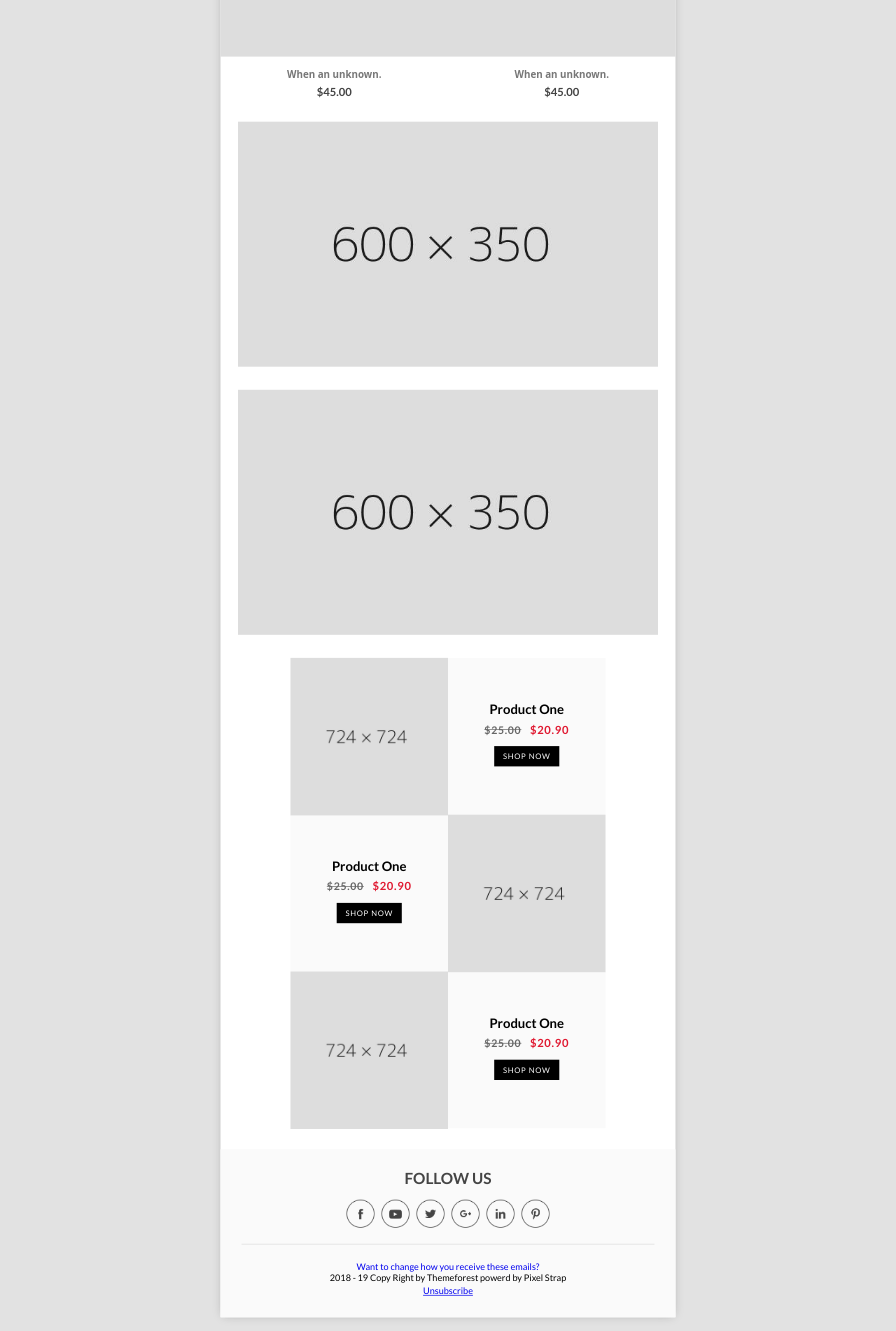
Repository: Idevz-sys/icespice-marketplace-front
Page: email-template/email-template-two.html
The author's editor kept a copy of each file at every save. The page is drawn from the files as they stood at one save, then again after the next save.
The browser window is 1280 px wide. The pictures show the part of the page from y = 847 to 2767 px (the page is 2749 px tall before and 2767 px after), at 70% of full size.

Above is the page before, as saved 2022-04-12 17:06:19.

### email-template/email-template-two.html
<!DOCTYPE html>
<html lang="en">

<head>
    <meta http-equiv="Content-Type" content="text/html; charset=UTF-8">
    <meta http-equiv="X-UA-Compatible" content="IE=edge">
    <meta name="viewport" content="width=device-width, initial-scale=1.0">
    <link rel="icon" href="images/favicon.png" type="image/x-icon">
    <link rel="shortcut icon" href="images/favicon.png" type="image/x-icon">
    <title>Multikart | Email template </title>
    <link href="https://fonts.googleapis.com/css?family=Lato:300,400,700,900" rel="stylesheet">

    <style type="text/css">
        body {
            text-align: center;
            margin: 0 auto;
            width: 650px;
            font-family: 'Lato', sans-serif;
            background-color: #e2e2e2;
            display: block;
        }

        ul {
            margin: 0;
            padding: 0;
        }

        li {
            display: inline-block;
            text-decoration: unset;
        }

        a {
            text-decoration: none;
        }

        h5 {
            margin: 10px;
            color: #777;
        }

        .text-center {
            text-align: center
        }

        .main-bg-light {
            background-color: #fafafa;
        }

        .title {
            color: #444444;
            font-size: 22px;
            font-weight: bold;
            margin-top: 0px;
            margin-bottom: 10px;
            padding-bottom: 0;
            text-transform: uppercase;
            display: inline-block;
            line-height: 1;
        }

        .menu {
            width: 100%;
        }

        .menu li a {
            text-transform: capitalize;
            color: #444;
            font-size: 16px;
            margin-right: 15px
        }

        .main-logo {
            width: 180px;
            padding: 10px 20px;
            margin-bottom: -5px;
        }

        .product-box .product {
            text-align: center;
            position: relative;
        }

        .product-info {
            margin-top: 15px;
        }

        .product-info h6 {
            line-height: 1;
            margin-bottom: 0;
            padding-bottom: 5px;
            font-size: 14px;
            font-family: "Open Sans", sans-serif;
            color: #777;
            margin-top: 0;
        }

        .product-info h4 {
            font-size: 16px;
            color: #444;
            font-weight: 700;
            margin-bottom: 0;
            margin-top: 5px;
            padding-bottom: 5px;
            line-height: 1;
        }

        .footer-social-icon tr td img {
            margin-left: 5px;
            margin-right: 5px;
        }
    </style>
</head>

<body style="margin: 20px auto;">
    <table align="center" border="0" cellpadding="0" cellspacing="0"
        style="background-color: #fff; -webkit-box-shadow: 0px 0px 14px -4px rgba(0, 0, 0, 0.2705882353);box-shadow: 0px 0px 14px -4px rgba(0, 0, 0, 0.2705882353);">
        <tbody>
            <tr>
                <td>
                    <table align="center" border="0" cellpadding="0" cellspacing="0" width="100%">
                        <tr class="header">
                            <td align="left" valign="top">
                                <img src="images/logo.png" class="main-logo">
                            </td>
                            <td class="menu" align="right">
                                <ul>
                                    <li><a href="index.html">Home</a></li>
                                    <li><a href="#">Whishlist</a></li>
                                    <li><a href="#">my cart</a></li>
                                    <li><a href="#">Contact</a></li>
                                </ul>
                            </td>
                        </tr>
                    </table>
                    <table class="slider" align="center" border="0" cellpadding="0" cellspacing="0" width="100%">
                        <tr>
                            <th align="center" width="40%"><img src="images/banner/7.jpg" alt=""
                                    style="margin-bottom: -5px;">
                </td>
                <th width="60%" style="background-color: #11bfff;padding: 30px;">
                    <table align="center" border="0" cellpadding="0" cellspacing="0" width="100%">
                        <tr>
                            <td
                                style="color:#ffffff;font-size: 16px;line-height:20px;text-transform:uppercase;text-align:left;padding-bottom: 5px;">
                                New Color</td>
                        </tr>
                        <tr>
                            <td class="h2-white left pb20"
                                style="color:#ffffff; font-family: 'Roboto', sans-serif; font-size:52px; line-height:58px; text-transform:uppercase; font-weight:bold; text-align:left; padding-bottom:20px;">
                                new <br>season</td>
                        </tr>
                        <tr>
                            <td>
                                <p style="font-size:13px;color:#4e54cb;text-align:left;color:#fff;">We are committed to
                                    your satisfaction with every order.</p>
                            </td>
                        </tr>
                    </table>
                    <table>
                        <tr>
                            <td class="text-button white-button"
                                style="font-size:14px; line-height:18px; text-align:center; text-transform:uppercase; padding:10px; background:#ffffff; color:#f54084; font-weight:bold;">
                                <a href="#" target="_blan" style="color:#4e54cb; text-decoration:none;">
                                    <span style="color:#f1415e; text-decoration:none;">shop now</span>
                                </a>
                            </td>
                        </tr>
                    </table>
                </th>
            </tr>
    </table>
    <table align="center" border="0" cellpadding="0" cellspacing="0" width="100%" style="margin-top:30px;">
        <thead>
            <tr>
                <h4 class="title" style="width: 100%; text-align:center;margin-top: 50px;">trending product</h4>
                <p style="margin:0">GET EVEN 25% OFF DISCOUNT</p>
            </tr>
        </thead>
        <tr>
            <td>
                <div class="product-box hover">
                    <div class="product border-theme br-0">
                        <img src="images/13.jpg" alt="product" style="width: 100%;">
                    </div>
                    <div class="product-info">
                        <a href="#" tabindex="0">
                            <h6>When an unknown.</h6>
                        </a>
                        <h4>$45.00</h4>
                    </div>
                </div>
            </td>
            <td>
                <div class="product-box hover">
                    <div class="product border-theme br-0">
                        <img src="images/14.jpg" alt="product" style="width: 100%;">
                    </div>
                    <div class="product-info">
                        <div class="rating">
                            <i class="fa fa-star"></i>
                            <i class="fa fa-star"></i>
                            <i class="fa fa-star"></i>
                            <i class="fa fa-star"></i>
                            <i class="fa fa-star"></i>
                        </div>
                        <a href="#" tabindex="0">
                            <h6>When an unknown.</h6>
                        </a>
                        <h4>$45.00</h4>
                    </div>
                </div>
            </td>
        </tr>
    </table>

    <table border="0" cellpadding="0" cellspacing="0" align="center" style="margin-top:30px;">
        <tbody>
            <tr align="center" class="add-with-banner">
                <td>
                    <a href="#"><img src="images/banner/1.jpg" alt="product" style="width: 100%;"></a>
                </td>

            </tr>

        </tbody>
    </table>
    <table border="0" cellpadding="0" cellspacing="0" align="center" style="margin-top:30px;">
        <tr>
            <td>
                <img src="images/banner/3.jpg" alt="" style="width: 100%;">
            </td>
        </tr>
    </table>
    <table align="center" border="0" cellpadding="0" cellspacing="0" width="100%" style="margin-top: 30px;">
        <tr>
            <td align="center">
                <table align="center" border="0" class="display-width-inner" cellpadding="0" cellspacing="0"
                    width="100%" style="max-width:450px;">
                    <tr>
                        <td align="center" style="width: 40%;">
                            <img src="images/10.jpg" alt="" style="width: 225px;margin-bottom: -4px;">
                        </td>
                        <td align="center" style="background-color: #fafafa;width: 60%;">
                            <h3 style="margin: 0;">Product One</h3>
                            <div
                                style="color:#E01931; font-weight:600; font-size:16px; line-height:27px; letter-spacing:1px;margin: 4px;">
                                <span
                                    style="color:#666666; font-weight:600; font-size:15px; line-height:25px; letter-spacing:1px;"
                                    class="txt-price1" data-color="Price1" data-size="Price1" data-min="10"
                                    data-max="35"><strike>$25.00</strike></span><span
                                    class="txt-price2">&nbsp;&nbsp;&nbsp;</span>$20.90
                            </div>
                            <div
                                style="padding: 15px 0px;text-transform: uppercase;font-size: 11px;letter-spacing: 1px;">
                                <a href="#"
                                    style="color: #ffffff;text-decoration: none;background: #000;padding: 8px 12px;">SHOP
                                    NOW</a>
                            </div>
                        </td>
                    </tr>
                </table>
                <table align="center" border="0" class="display-width-inner" cellpadding="0" cellspacing="0"
                    width="100%" style="max-width:450px;">
                    <tr>
                        <td align="center" style="background-color: #fafafa;width: 60%;">
                            <h3 style="margin: 0;">Product One</h3>
                            <div
                                style="color:#E01931; font-weight:600; font-size:16px; line-height:27px; letter-spacing:1px;margin: 4px;">
                                <span
                                    style="color:#666666; font-weight:600; font-size:15px; line-height:25px; letter-spacing:1px;"
                                    class="txt-price1" data-color="Price1" data-size="Price1" data-min="10"
                                    data-max="35"><strike>$25.00</strike></span><span
                                    class="txt-price2">&nbsp;&nbsp;&nbsp;</span>$20.90
                            </div>
                            <div
                                style="padding: 15px 0px;text-transform: uppercase;font-size: 11px;letter-spacing: 1px;">
                                <a href="#"
                                    style="color: #ffffff;text-decoration: none;background: #000;padding: 8px 12px;">SHOP
                                    NOW</a>
                            </div>
                        </td>
                        <td align="center" style="width: 40%;">
                            <img src="images/11.jpg" alt="" style="width: 225px;margin-bottom: -4px;">
                        </td>
                    </tr>
                </table>

                <table align="center" border="0" class="display-width-inner" cellpadding="0" cellspacing="0"
                    width="100%" style="max-width:450px;">
                    <tr>
                        <td align="center" style="width: 40%;">
                            <img src="images/12.jpg" alt="" style="width: 225px;margin-bottom: -4px;">
                        </td>
                        <td align="center" style="background-color: #fafafa;width: 60%;">
                            <h3 style="margin: 0;">Product One</h3>
                            <div
                                style="color:#E01931; font-weight:600; font-size:16px; line-height:27px; letter-spacing:1px;margin: 4px;">
                                <span
                                    style="color:#666666; font-weight:600; font-size:15px; line-height:25px; letter-spacing:1px;"
                                    class="txt-price1" data-color="Price1" data-size="Price1" data-min="10"
                                    data-max="35"><strike>$25.00</strike></span><span
                                    class="txt-price2">&nbsp;&nbsp;&nbsp;</span>$20.90
                            </div>
                            <div
                                style="padding: 15px 0px;text-transform: uppercase;font-size: 11px;letter-spacing: 1px;">
                                <a href="#"
                                    style="color: #ffffff;text-decoration: none;background: #000;padding: 8px 12px;">SHOP
                                    NOW</a>
                            </div>
                        </td>
                    </tr>
                </table>
            </td>
        </tr>

    </table>
    <table class="main-bg-light text-center" align="center" border="0" cellpadding="0" cellspacing="0" width="100%"
        style="margin-top:30px;">
        <tr>
            <td style="padding: 30px;">
                <div>
                    <h4 class="title" style="margin:0">Follow us</h4>
                </div>
                <table border="0" cellpadding="0" cellspacing="0" class="footer-social-icon" align="center"
                    class="text-center" style="margin-top:20px;">
                    <tr>
                        <td>
                            <a href="#"><img src="images/facebook.png" alt=""></a>
                        </td>
                        <td>
                            <a href="#"><img src="images/youtube.png" alt=""></a>
                        </td>
                        <td>
                            <a href="#"><img src="images/twitter.png" alt=""></a>
                        </td>
                        <td>
                            <a href="#"><img src="images/gplus.png" alt=""></a>
                        </td>
                        <td>
                            <a href="#"><img src="images/linkedin.png" alt=""></a>
                        </td>
                        <td>
                            <a href="#"><img src="images/pinterest.png" alt=""></a>
                        </td>
                    </tr>
                </table>
                <div style="border-top: 1px solid #ddd; margin: 20px auto 0;"></div>
                <table border="0" cellpadding="0" cellspacing="0" width="100%" style="margin: 20px auto 0;">
                    <tr>
                        <td>
                            <a href="#" style="font-size:13px">Want to change how you receive these emails?</a>
                        </td>
                    </tr>
                    <tr>
                        <td>
                            <p style="font-size:13px; margin:0;">2018 - 19 Copy Right by Themeforest powerd by Pixel
                                Strap</p>
                        </td>
                    </tr>
                    <tr>
                        <td>
                            <a href="#" style="font-size:13px; margin:0;text-decoration: underline;">Unsubscribe</a>
                        </td>
                    </tr>
                </table>
            </td>
        </tr>
    </table>

    </td>
    </tr>
    </tbody>
    </table>
</body>

</html>

After the next save:
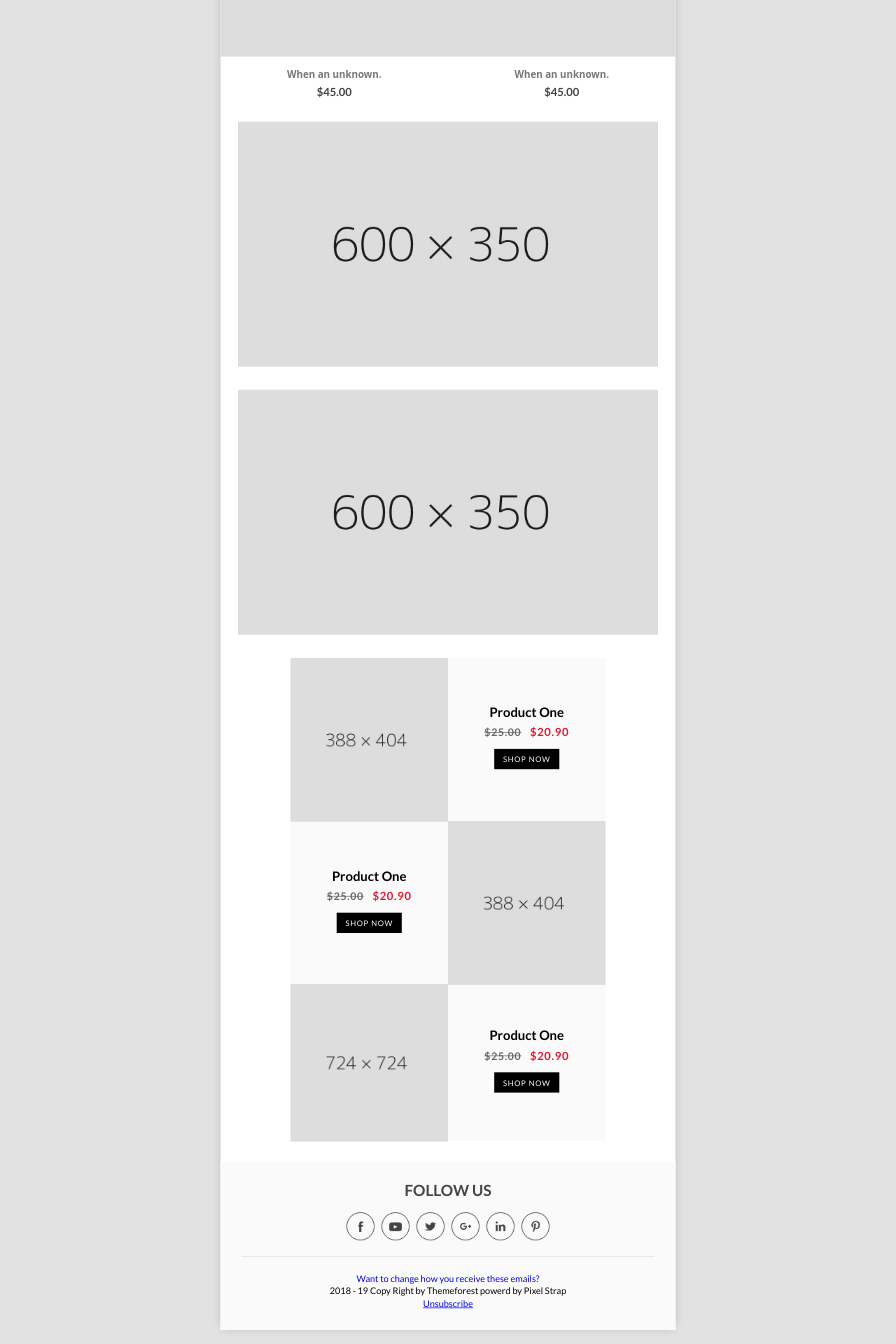
Saved 98 s later.
--- a/email-template/email-template-two.html
+++ b/email-template/email-template-two.html
@@ -239,7 +239,7 @@
                     width="100%" style="max-width:450px;">
                     <tr>
                         <td align="center" style="width: 40%;">
-                            <img src="images/10.jpg" alt="" style="width: 225px;margin-bottom: -4px;">
+                            <img src="images/8.jpg" alt="" style="width: 225px;margin-bottom: -4px;">
                         </td>
                         <td align="center" style="background-color: #fafafa;width: 60%;">
                             <h3 style="margin: 0;">Product One</h3>
@@ -281,7 +281,7 @@
                             </div>
                         </td>
                         <td align="center" style="width: 40%;">
-                            <img src="images/11.jpg" alt="" style="width: 225px;margin-bottom: -4px;">
+                            <img src="images/9.jpg" alt="" style="width: 225px;margin-bottom: -4px;">
                         </td>
                     </tr>
                 </table>
@@ -290,7 +290,7 @@
                     width="100%" style="max-width:450px;">
                     <tr>
                         <td align="center" style="width: 40%;">
-                            <img src="images/12.jpg" alt="" style="width: 225px;margin-bottom: -4px;">
+                            <img src="images/10.jpg" alt="" style="width: 225px;margin-bottom: -4px;">
                         </td>
                         <td align="center" style="background-color: #fafafa;width: 60%;">
                             <h3 style="margin: 0;">Product One</h3>
